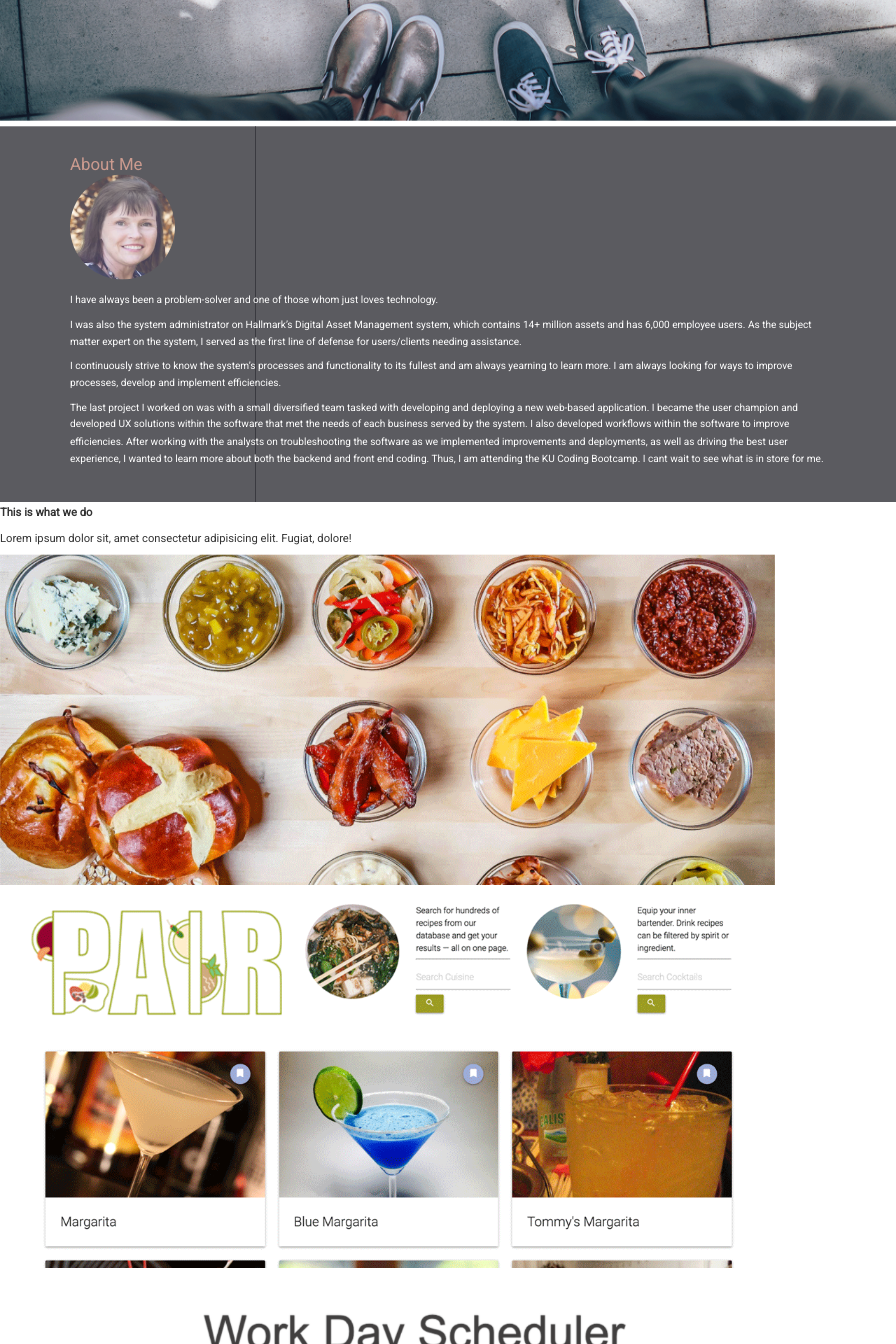
Repository: brandyquinlan/brandyquinlan
Page: index.html
An editor plug-in stored every save of this project. The page is shown before and after the next save, followed by the edit.
The browser window is 1280 px wide. The pictures show the part of the page from y = 548 to 2468 px (the page is 3498 px tall before and 3548 px after), at 70% of full size.
Some web libraries are served in a nearby version.

Above is the page before, as saved 2021-02-05 11:19:27.

### index.html
<!DOCTYPE html>
<html lang="en">

<head>
    <meta charset="UTF-8">
    <meta name="viewport" content="width=device-width, initial-scale=1.0">
    <link href="https://fonts.googleapis.com/css2?family=Roboto" rel="stylesheet">
    <link href="https://fonts.googleapis.com/css2?family=Raleway" rel="stylesheet">

    <link rel="stylesheet" href="https://cdnjs.cloudflare.com/ajax/libs/font-awesome/5.13.0/css/all.min.css" integrity="sha256-h20CPZ0QyXlBuAw7A+KluUYx/3pK+c7lYEpqLTlxjYQ=" crossorigin="anonymous" />
    <link rel="stylesheet" href="css/style.css">
    <title>Quinlan Portfolio</title>
</head>

<body id="home">
    <header class="hero">
        <div id="navbar" class="navbar">
            <h1 class="name">Brandy Quinlan</h1>
            <nav>
                <ul>
                    <li><a href="#home">Home</a></li>
                    <li><a href="#about">About</a></li>
                    <li><a href="#knowledge">Knowledge</a></li>
                    <li><a href="portfolio.html">Portfolio</a></li>
                    <li><a href="contact.html">Contact</a></li>
                </ul>
            </nav>
        </div>
        <section class="container">
            <img src="img/ian-schneider-TamMbr4okv4-unsplash.png" alt="" class="no-repeat  center center/cover">
        </section>
        <!-- <div id="content">
            <h1>My Slogan</h1>
            <p>Lorem ipsum dolor sit amet, consectetur adipisicing elit. Delectus, molestiae.</p>
        </div> -->
    </header>

    <!-- About -->
    <section id="aboutMe">
        <h1>About Me</h1>
        <div id="aboutRow1">

            <img class="float-left img-fluid mr-4 w-25" src="img/Me_copy.png" alt="Brandy Quinlan">
        </div>
        <p>
            I have always been a problem-solver and one of those whom just loves technology.
        </p>
        <p>
            I was also the system administrator on Hallmark’s Digital Asset Management system, which contains 14+ million assets and has 6,000 employee users. As the subject matter expert on the system, I served as the first line of defense for users/clients needing
            assistance.
        </p>
        <p> I continuously strive to know the system’s processes and functionality to its fullest and am always yearning to learn more. I am always looking for ways to improve processes, develop and implement efficiencies.
        </p>
        <p>
            The last project I worked on was with a small diversified team tasked with developing and deploying a new web-based application. I became the user champion and developed UX solutions within the software that met the needs of each business served by the
            system. I also developed workflows within the software to improve efficiencies. After working with the analysts on troubleshooting the software as we implemented improvements and deployments, as well as driving the best user experience, I
            wanted to learn more about both the backend and front end coding. Thus, I am attending the KU Coding Bootcamp. I cant wait to see what is in store for me.
        </p>

    </section>
    <!-- Portfolio Gallery -->
    <section class="projects flex-grid section-padding">
        <header class="section-header">
            <h4>This is what we do</h4>
            <p>
                Lorem ipsum dolor sit, amet consectetur adipisicing elit. Fugiat, dolore!
            </p>
        </header>
        <div class="row">
            <div class="projectsGallery">
                <a href="https://brandyquinlan.github.io/PAIR/" data-lightbox="projects" data-title="Lorem ipsum dolor sit">
                    <img src="/img/PAIR.png" alt="" />
                </a>
                <a href="https://brandyquinlan.github.io/HW05_Day_Planner/" data-lightbox="projects" data-title="Lorem ipsum dolor sit">
                    <img src="img/day_planner.png" alt="" />
                </a>
                <a href="" data-lightbox="projects" data-title="Lorem ipsum dolor sit">
                    <img src="" alt="" />
                </a>
                <a href="" data-lightbox="projects" data-title="Lorem ipsum dolor sit">
                    <img src="" alt="" />
                </a>
            </div>
    </section>
    <footer>
        <div>
            <p>Brandy Quinlan 2021</p>
        </div>
    </footer>

</body>

</html>

### css/style.css
* {
    box-sizing: border-box;
    margin: 0;
    padding: 0;
}


/* Base Styles */

body {
    font-family: 'Roboto', sans-serif;
    background: #fff;
    color: #333;
    line-height: 1.7;
}

h1,
h2 {
    font-weight: 250;
    font-size: 1.5rem;
    line-height: 1.2;
}

ul {
    list-style: none;
}

p {
    margin: 10px 0;
}

a {
    text-decoration: none;
    color: #333;
}

img {
    max-width: 100%;
}


/* .text-primary {
    color: #28a745;
}

.text-secondary {
    color: #0284d0;
} */


/* Header */

header h1 {
    /* color: #e97a5b; */
    color: #d36e5f;
    padding-left: 10px;
}


/* Navbar */

#navbar {
    display: flex;
    align-items: center;
    justify-content: space-between;
    width: 100%;
    height: 70px;
    position: fixed;
    top: 0px;
    background: #333339;
    color: #fff;
    opacity: .8;
    padding: 0 20px;
}

#navbar a {
    color: #fff;
    padding: 10px 10px;
    font-size: .8rem;
}

#navbar a:hover {
    color: #a35a4e;
}

#navbar ul {
    display: flex;
}


/* About */

#aboutMe {
    padding: 40px 100px;
    background: #333339;
    color: #fff;
    opacity: .8;
    font-size: .9rem;
    max-width: 1920px;
}

#aboutMe h1 {
    color: #bf8273;
}


/* #aboutRow1 {
    display: flex;
    padding: 20px;
    justify-content: space-between;
    margin: 0 20px;
} */

#aboutMe img {
    border-radius: 50%;
    margin-right: 50px;
    width: 150px;
    height: 150px;
}


/* Footer */

footer {
    background: #333339;
    opacity: .9;
    height: 60px;
}

footer p {
    display: flex;
    align-items: center;
    justify-content: center;
    color: #fff;
    padding-top: 15px;
}

After the next save:
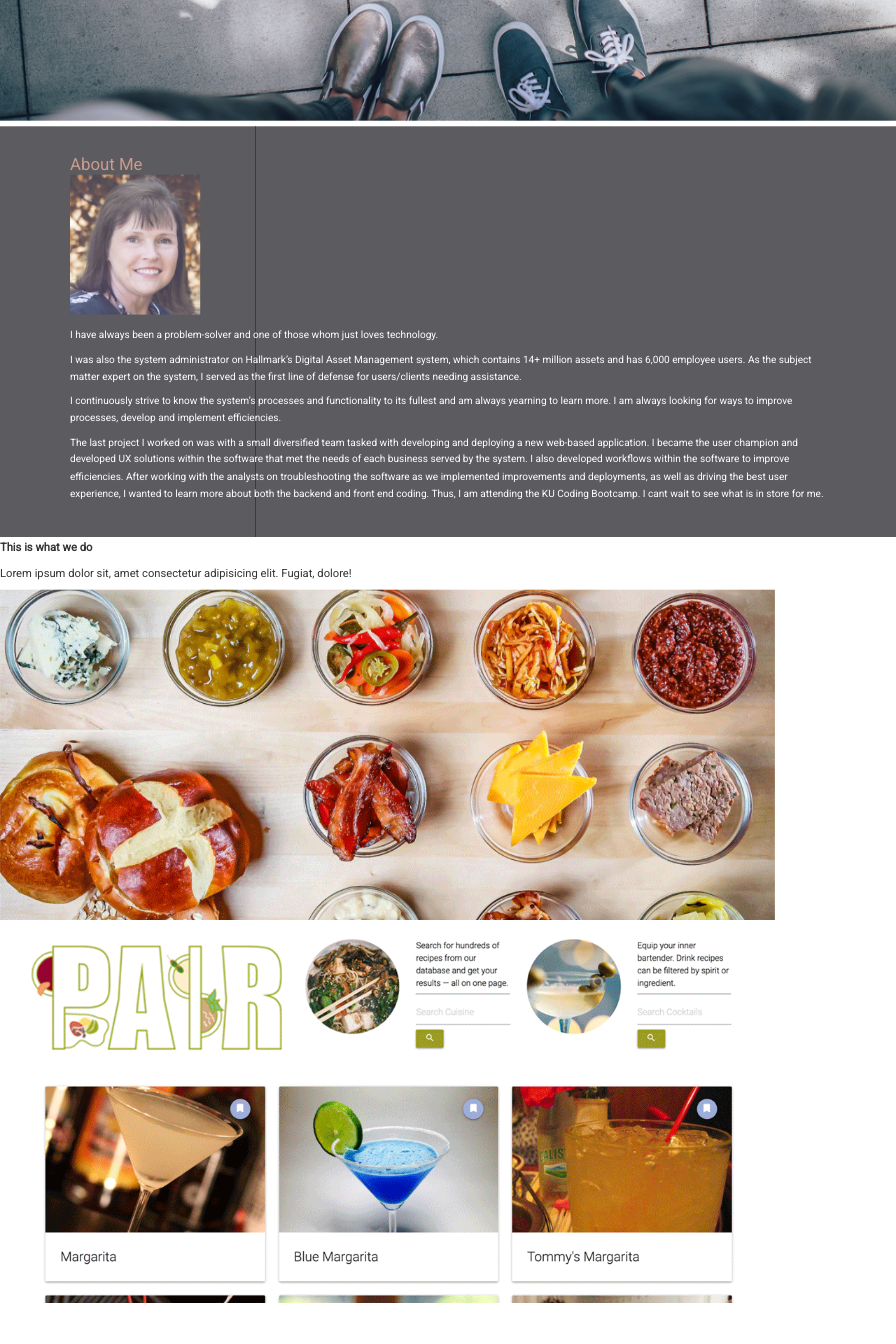
Saved 6 s later.
--- a/css/style.css
+++ b/css/style.css
@@ -111,12 +111,13 @@ header h1 {
     margin: 0 20px;
 } */
 
-#aboutMe img {
+
+/* #aboutMe img {
     border-radius: 50%;
     margin-right: 50px;
     width: 150px;
     height: 150px;
-}
+} */
 
 
 /* Footer */
